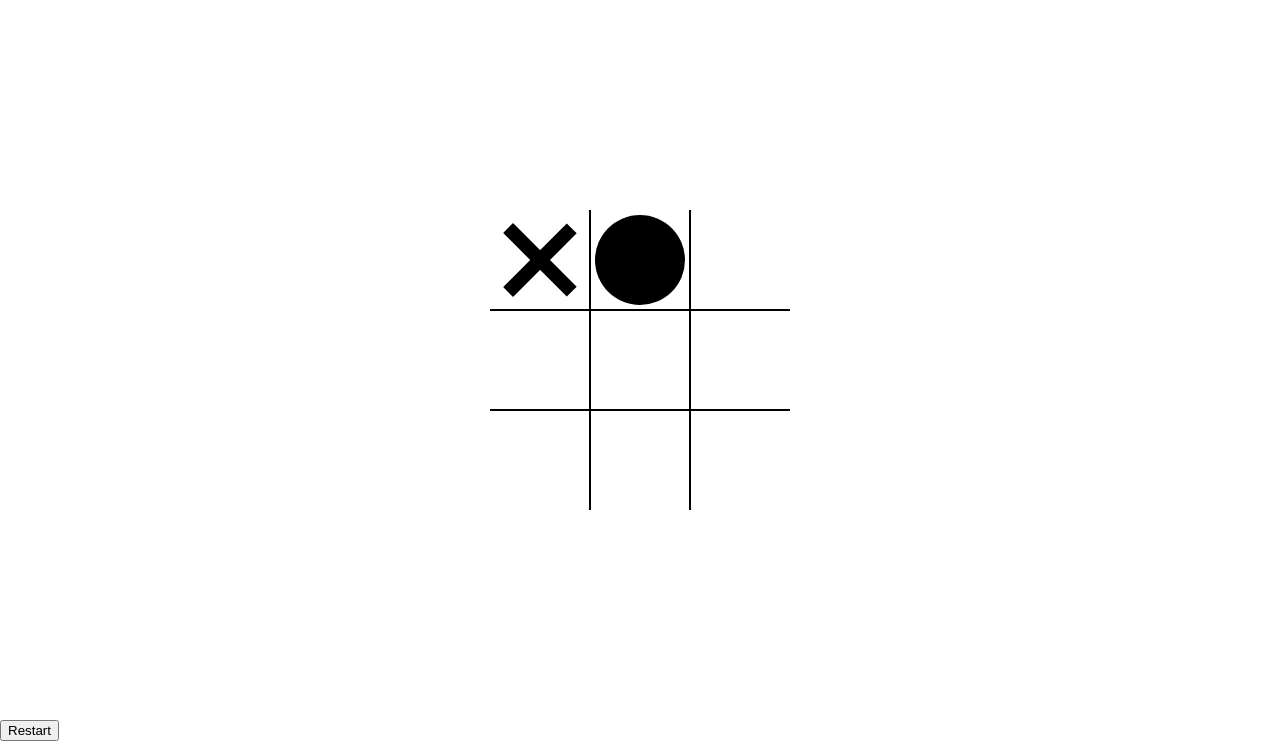
Repository: divya2/tic-toc-toe
Page: index.html
An editor plug-in stored every save of this project. The page is shown before and after the next save, followed by the edit.
The browser window is 1280 px wide. The pictures show the whole page.

Above is the page before, as saved 2020-10-29 21:32:55.
Not found: script.js

### index.html
<!DOCTYPE html>
<html lang="en">
<head>
    <meta charset="UTF-8">
    <meta name="viewport" content="width=device-width, initial-scale=1.0">
    <link rel="stylesheet" href="styles.css">
    <script src="script.js" defer></script>
    <title>Document</title>
</head>
<body>
    <div class="board" id="board">
        <div class="cell x" data-cell></div>
        <div class="cell circle" data-cell></div>
        <div class="cell" data-cell></div>
        <div class="cell" data-cell></div>
        <div class="cell" data-cell></div>
        <div class="cell" data-cell></div>
        <div class="cell" data-cell></div>
        <div class="cell" data-cell></div>
        <div class="cell" data-cell></div>
    </div>

    <div class="winning-message">
        <button id="restartButton">Restart</button>
    </div>
</body>
</html>

### styles.css
*, *::after, *::before {
    box-sizing: border-box;
}

:root {
    --cell-size: 100px;
    --mark-size: calc(var(--cell-size)* .9);
}
body {
    margin: 0;
}

.board {
    width: 100w;
    height: 100vh;
    display: grid;
    justify-content: center;
    align-content: center;
    justify-content: center;
    align-items: center;
    grid-template-columns: repeat(3,auto);
}

.cell {
    width: var(--cell-size);
    height: var(--cell-size);
    border: 1px solid black;
    display: flex;
    justify-content: center;
    align-items: center;
    position: relative;
}

.cell:first-child,
.cell:nth-child(2),
.cell:nth-child(3){
    border-top: none;
}

.cell:nth-child(3n+1){
    border-left: none;
}

.cell:nth-child(3n+3){
    border-right: none;
}

.cell:last-child,
.cell:nth-child(8),
.cell:nth-child(7){
    border-bottom: none;
}

.cell.x::before,
.cell.x::after{
    content:'';
    position: absolute;
    width: calc(var(--mark-size)*.15);
    height: var(--mark-size);
    background-color: black;
}

.cell.x::after{
    transform: rotate(-45deg);
}

.cell.x::before{
    transform: rotate(45deg);
}

.cell.circle::before,
.cell.circle::after{
    content: '';
    position: absolute;
    border-radius: 50%;
}
.cell.circle::before{
    width: var(--mark-size);
    height: var(--mark-size);
    background-color: black;
}

.cell.circle::after{
    transform: rotate(-80deg);
}

After the next save:
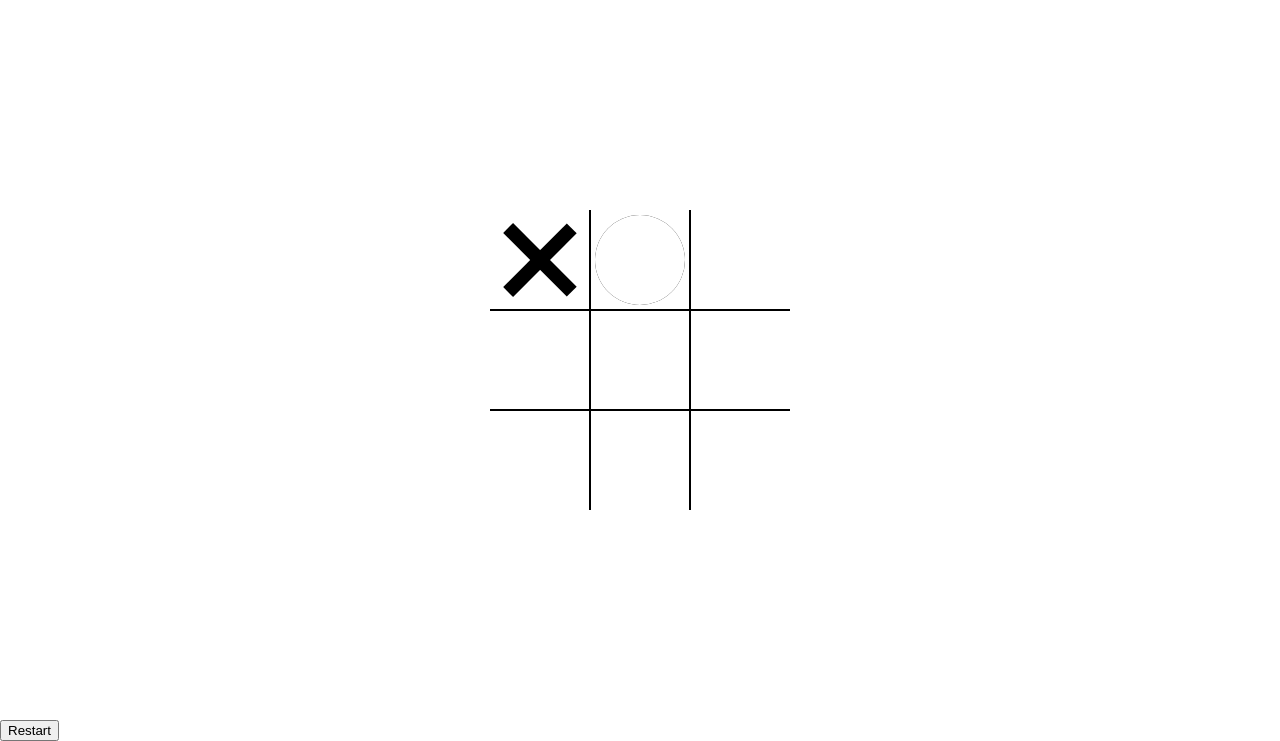
Saved 35 s later.
--- a/styles.css
+++ b/styles.css
@@ -81,5 +81,7 @@ body {
 }
 
 .cell.circle::after{
-    transform: rotate(-80deg);
+    width: var(--mark-size);
+    height: var(--mark-size);
+    background-color: white;
 }
